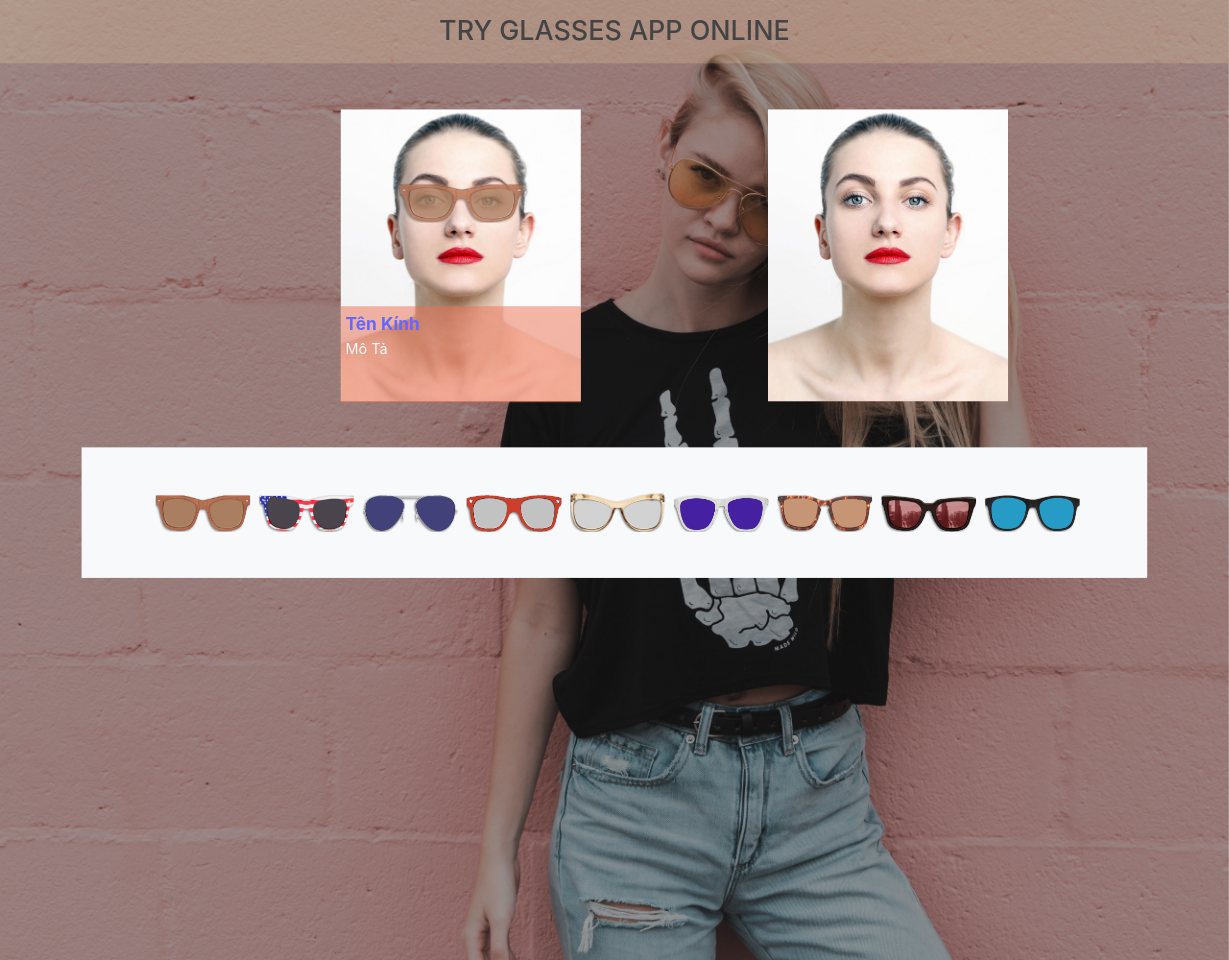
Repository: LeHieuSP/Baitapthukinh_LTH_FE70
Page: /
The author's editor kept a copy of each file at every save. The page is drawn from the files as they stood at one save, then again after the next save.
The browser window is 1280 px wide. The pictures show the whole page, at 96% of full size.
The project was rebuilt for these pictures with package versions that can differ from the ones it lists, and the page was loaded fresh each time. Also part of the build but not shown: src/index.css, src/App.css, src/redux/actions/BaiTapDatVeAction.js, src/BaiTapRedux/BaiTapBookingTicket/ThongTinDatGhe.js, src/BaiTapRedux/BaiTapBookingTicket/HangGhe.js, src/BaiTapRedux/BaiTapBookingTicket/BaiTapBookingTicket.js.

Above is the page before, as saved 2022-03-10 01:04:40.

After the next save:
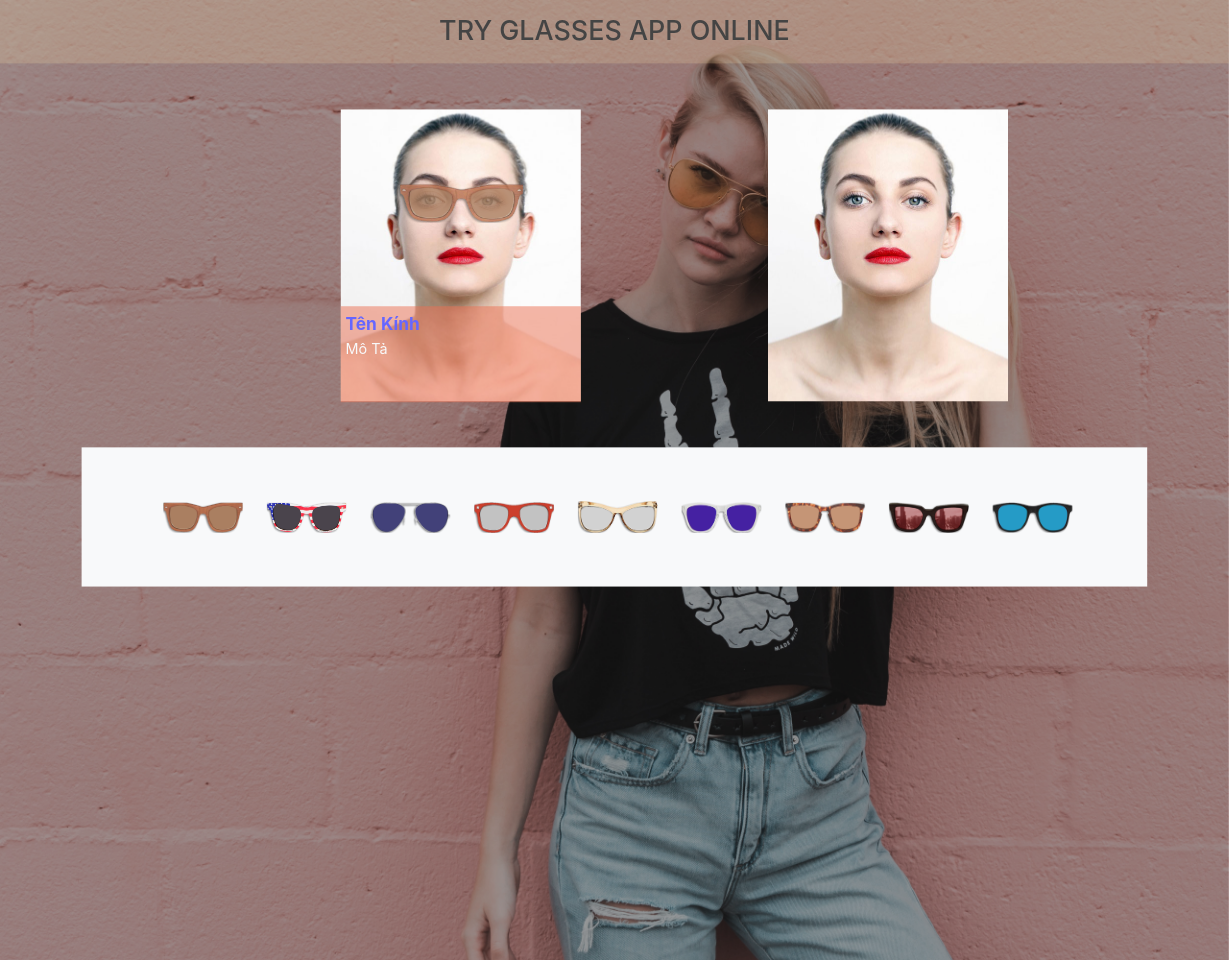
Saved 17 s later.
--- a/src/BaiTapThuKinh/BaiTapThuKinh.js
+++ b/src/BaiTapThuKinh/BaiTapThuKinh.js
@@ -7,7 +7,7 @@
 
   renderGlassesList = () => {
     return dataGlasses.map((glassesItem,index)=>{
-      return <img className="ml-2" style={{width:'100px'}} key={index} src={glassesItem.url} />
+      return <img className="ml-2 p-2" style={{width:'100px'}} key={index} src={glassesItem.url} />
     })
   }
 
